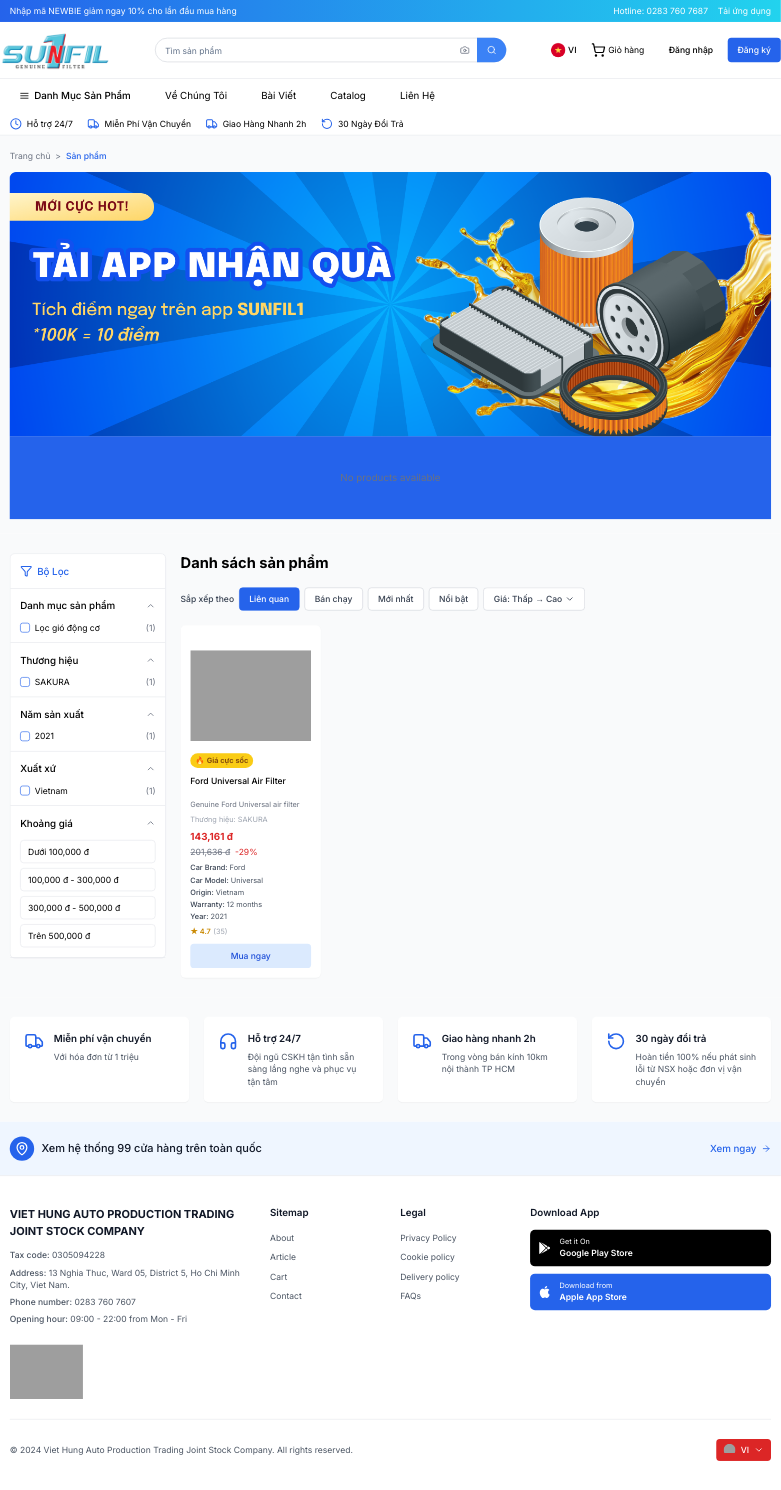
Repository: truonggiang2512/FristRound_Test
Page: /
The author's editor kept a copy of each file at every save. The page is drawn from the files as they stood at one save, then again after the next save.
The browser window is 1280 px wide. The pictures show the whole page, at 61% of full size.
Pictures or frames that could not be fetched are drawn as grey boxes. The page's requests for data from a server got no answer. The project was rebuilt for these pictures with package versions that can differ from the ones it lists, and the page was loaded fresh each time. Some packages were replaced by stand-ins written for this rebuild. The framework's server and built-in components were replaced by stand-ins that run in the browser. No one was signed in, and anything a server would have sent is missing. Also part of the build but not shown: next.config.mjs, components/category-sidebar.tsx, components/category-grid.tsx, components/best-selling-section.tsx, components/mega-menu.tsx, components/cart-item.tsx, components/cart-dropdown.tsx, components/ui/label.tsx and 4 more.

Above is the page before, as saved 2025-05-25 12:52:03.

### app/layout.tsx
import type React from "react"
import "@/app/globals.css"
import { Inter } from "next/font/google"
import { ThemeProvider } from "@/components/theme-provider"
import { Providers } from "@/lib/redux/providers"
import { AuthProvider } from "@/lib/contexts/auth-context"
import { QueryProvider } from "@/lib/providers/query-provider"

const inter = Inter({ subsets: ["latin"] })

export const metadata = {
  title: "SUNFIL - Genuine Filter",
  description: "Quality filters for all your needs",
}

export default function RootLayout({
  children,
}: {
  children: React.ReactNode
}) {
  return (
    <html lang="en" suppressHydrationWarning>
      <body className={inter.className}>
        <ThemeProvider attribute="class" defaultTheme="light" enableSystem disableTransitionOnChange>
          <QueryProvider>
            <Providers>
              <AuthProvider>{children}</AuthProvider>
            </Providers>
          </QueryProvider>
        </ThemeProvider>
      </body>
    </html>
  )
}

### app/page.tsx
import { SiteHeader } from "@/components/site-header"
import { ProductSection } from "@/components/product-section"
import { ServiceFeatures } from "@/components/service-features"
import { StoreLocator } from "@/components/store-locator"
import { SiteFooter } from "@/components/site-footer"
import Link from "next/link"
import { Button } from "@/components/ui/button"
import ProductsPage from "@/components/product-page"

export default function Home() {
  return (
    <main className="min-h-screen">
      <SiteHeader />
      <ProductSection />
      <ProductsPage />
      <ServiceFeatures />
      <StoreLocator />
      <SiteFooter />
    </main>
  )
}

### lib/redux/providers.tsx
"use client"

import type React from "react"

import { Provider } from "react-redux"
import { PersistGate } from "redux-persist/integration/react"
import { store, persistor } from "@/lib/redux/store"

export function Providers({ children }: { children: React.ReactNode }) {
  return (
    <Provider store={store}>
      <PersistGate loading={null} persistor={persistor}>
        {children}
      </PersistGate>
    </Provider>
  )
}

### lib/providers/query-provider.tsx
"use client"

import type React from "react"

import { QueryClient, QueryClientProvider } from "@tanstack/react-query"
import { ReactQueryDevtools } from "@tanstack/react-query-devtools"
import { useState } from "react"

export function QueryProvider({ children }: { children: React.ReactNode }) {
  const [queryClient] = useState(
    () =>
      new QueryClient({
        defaultOptions: {
          queries: {
            staleTime: 5 * 60 * 1000, // Data stays fresh for 5 minutes
            retry: 2, // Retry failed requests 2 times
          },
        },
      }),
  )

  return (
    <QueryClientProvider client={queryClient}>
      {children}
      <ReactQueryDevtools initialIsOpen={false} />
    </QueryClientProvider>
  )
}

### components/product-page.tsx
import { SiteHeader } from "@/components/site-header"
import { ProductListing } from "@/components/product-listing"
import { ServiceFeatures } from "@/components/service-features"
import { StoreLocator } from "@/components/store-locator"
import { SiteFooter } from "@/components/site-footer"

export default function ProductsPage() {
  return (
    <main className="min-h-screen bg-gray-50">
      <ProductListing />
    </main>
  )
}

### components/ui/input.tsx
import * as React from "react"

import { cn } from "@/lib/utils"

const Input = React.forwardRef<HTMLInputElement, React.ComponentProps<"input">>(
  ({ className, type, ...props }, ref) => {
    return (
      <input
        type={type}
        className={cn(
          "flex h-10 w-full rounded-md border border-input bg-background px-3 py-2 text-base ring-offset-background file:border-0 file:bg-transparent file:text-sm file:font-medium file:text-foreground placeholder:text-muted-foreground focus-visible:outline-none focus-visible:ring-2 focus-visible:ring-ring focus-visible:ring-offset-2 disabled:cursor-not-allowed disabled:opacity-50 md:text-sm",
          className
        )}
        ref={ref}
        {...props}
      />
    )
  }
)
Input.displayName = "Input"

export { Input }

### lib/redux/hooks.ts
import { useDispatch, useSelector } from "react-redux"
import type { TypedUseSelectorHook } from "react-redux"
import type { RootState, AppDispatch } from "@/lib/redux/store"

// Use throughout your app instead of plain `useDispatch` and `useSelector`
export const useAppDispatch: () => AppDispatch = useDispatch
export const useAppSelector: TypedUseSelectorHook<RootState> = useSelector

### components/product-listing.tsx
"use client"
import { CategoryTabs } from "@/components/category-tabs"
import { SortOptions } from "@/components/sort-options"
import { FilterSidebar } from "@/components/filter-sidebar"
import { ProductGrid } from "./product-grid"
import { useState, useMemo } from "react"

// Sample data
const categories = [
  { id: "all", name: "Tất cả" },
  { id: "air-filter", name: "Lọc gió động cơ" },
  { id: "fuel-filter", name: "Lọc nhiên liệu" },
  { id: "oil-filter", name: "Lọc dầu" },
  { id: "cabin-filter", name: "Lọc gió điều hòa" },
]

const sortOptions = [
  { id: "relevant", name: "Liên quan" },
  { id: "bestseller", name: "Bán chạy" },
  { id: "newest", name: "Mới nhất" },
  { id: "popular", name: "Nổi bật" },
]

const filterGroups = [
  {
    id: "categories",
    title: "Danh mục sản phẩm",
    options: [
      { id: "air-filter", label: "Lọc gió động cơ - Air Filter", count: 24, checked: true },
      { id: "fuel-filter", label: "Lọc nhiên liệu - Fuel Filter", count: 24, checked: true },
      { id: "oil-filter", label: "Bộ lọc dầu", count: 24, checked: true },
      { id: "uncategorized", label: "Chưa phân loại", count: 24 },
      { id: "other", label: "Khác", count: 24 },
    ],
  },
  {
    id: "brands",
    title: "Thương hiệu",
    options: [
      { id: "asakashi", label: "Asakashi", count: 24 },
      { id: "bosch", label: "Bosch", count: 24 },
      { id: "hyundai", label: "Hyundai", count: 24 },
    ],
  },
  {
    id: "year",
    title: "Năm sản xuất",
    options: [
      { id: "2021", label: "2021", count: 24 },
      { id: "2020", label: "2020", count: 24 },
      { id: "2019", label: "2019", count: 24 },
      { id: "2018", label: "2018", count: 24 },
    ],
  },
  {
    id: "origin",
    title: "Xuất xứ",
    options: [
      { id: "germany", label: "Đức", count: 24 },
      { id: "japan", label: "Nhật Bản", count: 24 },
      { id: "Việt Nam", label: "Việt Nam", count: 24 },
    ],
  },
]

const priceRanges = [
  { id: "under-100k", label: "Dưới 100,000 đ", max: 100000 },
  { id: "100k-300k", label: "100,000 đ - 300,000 đ", min: 100000, max: 300000 },
  { id: "300k-500k", label: "300,000 đ - 500,000 đ", min: 300000, max: 500000 },
  { id: "over-500k", label: "Trên 500,000 đ", min: 500000 },
]

// Helper to map DB product to ProductCard/ProductGrid props
function mapProductFromDB(dbProduct: any) {
  return {
    _id: dbProduct._id,
    name: dbProduct.name,
    images: dbProduct.images,
    price: dbProduct.price,
    comparePrice: dbProduct.comparePrice,
    shortDescription: dbProduct.shortDescription,
    attributes: dbProduct.attributes,
    ratings: dbProduct.ratings,
    brand: dbProduct.brand,
    badge: dbProduct.isFeatured ? "Nổi bật" : undefined,
    categoryId: dbProduct.categoryId,
    tags: dbProduct.tags,
    origin: dbProduct.attributes?.find((a: any) => a.name === "Origin")?.value,
    year: dbProduct.attributes?.find((a: any) => a.name === "Year")?.value,
  }
}

// Sample DB product data
const productsFromDB = [
  {
    _id: "68328e9e6b7490884dc9afb2",
    name: "Ford Universal Air Filter",
    slug: "ford-universal-air-filter-0",
    description: "Genuine Ford Universal air filter, high quality to protect engine optimally",
    shortDescription: "Genuine Ford Universal air filter",
    sku: "AIR-FILTER-FOR-001",
    price: 143161,
    comparePrice: 201636,
    stock: 62,
    images: ["/placeholder.svg?height=400&width=400"],
    categoryId: "air-filter",
    brand: "SAKURA",
    weight: 1.5172273155247904,
    dimensions: {
      length: 29.448051213888128,
      width: 11.730423988688505,
      height: 19.706525347700357,
      unit: "cm"
    },
    attributes: [
      { name: "Car Brand", value: "Ford" },
      { name: "Car Model", value: "Universal" },
      { name: "Origin", value: "Vietnam" },
      { name: "Warranty", value: "12 months" },
      { name: "Year", value: "2021" },
    ],
    isActive: true,
    isFeatured: false,
    tags: ["ford", "universal", "air-filter", "genuine"],
    ratings: { average: 4.73, count: 35 },
    createdAt: "2025-05-25T03:29:34.371Z",
    updatedAt: "2025-05-25T03:29:34.371Z"
  },
  // ... more products
]

export function ProductListing() {
  // Filter state
  const [activeFilters, setActiveFilters] = useState<{ [groupId: string]: Set<string> }>({})
  const [activePriceRange, setActivePriceRange] = useState<string | null>(null)

  const products = productsFromDB.map(mapProductFromDB)

  // Helper: categoryId to name
  const categoryMap = useMemo(() => {
    const map = new Map();
    categories.forEach((cat) => {
      map.set(cat.id, cat.name);
    });
    return map;
  }, []);

  // 1. Generate filter options dynamically from products
  const categoryOptions = useMemo(() => {
    const map = new Map();
    products.forEach((p) => {
      if (p.categoryId) {
        map.set(p.categoryId, (map.get(p.categoryId) || 0) + 1);
      }
    });
    return Array.from(map.entries()).map(([id, count]) => ({
      id,
      label: categoryMap.get(id) || id,
      count,
    }));
  }, [products, categoryMap]);

  const brandOptions = useMemo(() => {
    const map = new Map();
    products.forEach((p) => {
      if (p.brand) {
        map.set(p.brand, (map.get(p.brand) || 0) + 1);
      }
    });
    return Array.from(map.entries()).map(([id, count]) => ({
      id: id.toLowerCase(),
      label: id,
      count,
    }));
  }, [products]);

  const yearOptions = useMemo(() => {
    const map = new Map();
    products.forEach((p) => {
      if (p.year) {
        map.set(p.year, (map.get(p.year) || 0) + 1);
      }
    });
    return Array.from(map.entries()).map(([id, count]) => ({
      id,
      label: id,
      count,
    }));
  }, [products]);

  const originOptions = useMemo(() => {
    const map = new Map();
    products.forEach((p) => {
      if (p.origin) {
        map.set(p.origin.toLowerCase(), (map.get(p.origin.toLowerCase()) || 0) + 1);
      }
    });
    return Array.from(map.entries()).map(([id, count]) => ({
      id,
      label: id.charAt(0).toUpperCase() + id.slice(1),
      count,
    }));
  }, [products]);

  // 2. Build filterGroups for the sidebar
  const filterGroups = [
    { id: "categories", title: "Danh mục sản phẩm", options: categoryOptions },
    { id: "brands", title: "Thương hiệu", options: brandOptions },
    { id: "year", title: "Năm sản xuất", options: yearOptions },
    { id: "origin", title: "Xuất xứ", options: originOptions },
  ];

  // Filtering logic
  const filteredProducts = products.filter((product) => {
    // Category, brand, year, origin, tags, etc.
    for (const group of filterGroups) {
      const active = activeFilters[group.id]
      if (active && active.size > 0) {
        if (group.id === "categories" && !active.has(product.categoryId)) return false
        if (group.id === "brands" && product.brand && !active.has(product.brand.toLowerCase())) return false
        if (group.id === "year" && product.year && !active.has(product.year)) return false
        if (group.id === "origin" && product.origin && !active.has(product.origin.toLowerCase())) return false
      }
    }
    // Price range
    if (activePriceRange) {
      const range = priceRanges.find((r) => r.id === activePriceRange)
      if (range) {
        if (typeof range.min === "number" && product.price < range.min) return false
        if (typeof range.max === "number" && product.price > range.max) return false
      }
    }
    return true
  })

  // Handlers
  const handleFilterChange = (groupId: string, optionId: string, checked: boolean) => {
    setActiveFilters((prev) => {
      const set = new Set(prev[groupId] || [])
      if (checked) set.add(optionId)
      else set.delete(optionId)
      return { ...prev, [groupId]: set }
    })
  }
  const handlePriceRangeChange = (rangeId: string) => {
    setActivePriceRange(rangeId)
  }
  const handleClearFilters = () => {
    setActiveFilters({})
    setActivePriceRange(null)
  }

  // Active filter chips
  const activeChips: { label: string; onRemove: () => void }[] = []
  filterGroups.forEach((group) => {
    const active = activeFilters[group.id]
    if (active && active.size > 0) {
      group.options.forEach((option) => {
        if (active.has(option.id)) {
          activeChips.push({
            label: option.label,
            onRemove: () => handleFilterChange(group.id, option.id, false),
          })
        }
      })
    }
  })
  if (activePriceRange) {
    const range = priceRanges.find((r) => r.id === activePriceRange)
    if (range) {
      activeChips.push({
        label: range.label,
        onRemove: () => setActivePriceRange(null),
      })
    }
  }

  return (
    <div className="container mx-auto px-4 py-8">
      <div className="flex flex-col lg:flex-row gap-6">
        {/* Filter sidebar */}
        <div className="w-full lg:w-64 flex-shrink-0 lg:sticky lg:top-24 h-fit">
          <FilterSidebar
            filterGroups={filterGroups}
            priceRanges={priceRanges}
            onFilterChange={handleFilterChange}
            onPriceRangeChange={handlePriceRangeChange}
          />
          {(activeChips.length > 0) && (
            <div className="flex flex-wrap gap-2 mt-4">
              {activeChips.map((chip, idx) => (
                <span key={idx} className="bg-blue-100 text-blue-700 px-3 py-1 rounded-full text-xs flex items-center gap-1">
                  {chip.label}
                  <button onClick={chip.onRemove} className="ml-1 text-blue-500 hover:text-red-500">×</button>
                </span>
              ))}
              <button onClick={handleClearFilters} className="ml-2 text-xs text-gray-500 underline hover:text-blue-600">Xóa tất cả</button>
            </div>
          )}
        </div>
        {/* Product listing */}
        <div className="flex-1">
          <div className="flex ">
            <h1 className="text-2xl font-bold mb-6">Danh sách sản phẩm</h1>
          </div>
          {/* Sort options */}
          <div className="mb-6">
            <SortOptions options={sortOptions} defaultOption="relevant" />
          </div>
          {/* Product grid */}
          <ProductGrid products={filteredProducts} />
        </div>
      </div>
    </div>
  )
}

### components/product-grid.tsx
import { ProductCard } from "./product-card"

interface Product {
  _id: string
  name: string
  images: string[]
  price: number
  comparePrice?: number
  shortDescription?: string
  attributes?: { name: string; value: string }[]
  ratings?: { average: number; count: number }
  brand?: string
  badge?: string
}

interface ProductGridProps {
  products: Product[]
}

export function ProductGrid({ products }: ProductGridProps) {
  return (
    <div className="grid grid-cols-1 sm:grid-cols-2 lg:grid-cols-3 xl:grid-cols-4 gap-4">
      {products.map((product) => (
        <ProductCard key={product._id} {...product} />
      ))}
    </div>
  )
}

Loaded but not shown: components/theme-provider.tsx (common file); lib/utils.ts (common file); tailwind.config.ts (common file); components/site-header.tsx (262 lines, source omitted); components/filter-sidebar.tsx (143 lines, source omitted); components/auth/user-menu.tsx (117 lines, source omitted); lib/contexts/auth-context.tsx (140 lines, source omitted); components/product-card.tsx (110 lines, source omitted); components/product-carousel.tsx (117 lines, source omitted); lib/hooks/use-products.ts (108 lines, source omitted); components/sort-options.tsx (79 lines, source omitted); lib/redux/slices/cartSlice.ts (77 lines, source omitted); components/app-download.tsx (37 lines, source omitted); components/language-selector.tsx (56 lines, source omitted); components/ui/button.tsx (56 lines, source omitted); app/globals.css (76 lines, source omitted); components/service-features.tsx (53 lines, source omitted); components/site-footer.tsx (40 lines, source omitted); components/footer-links.tsx (51 lines, source omitted); lib/utils/logger.ts (54 lines, source omitted); components/ui/checkbox.tsx (30 lines, source omitted); components/company-info.tsx (34 lines, source omitted); components/product-section.tsx (31 lines, source omitted); components/back-to-top.tsx (43 lines, source omitted); lib/redux/store.ts (30 lines, source omitted); components/store-locator.tsx (23 lines, source omitted); lib/api/client.ts (33 lines, source omitted)

After the next save:
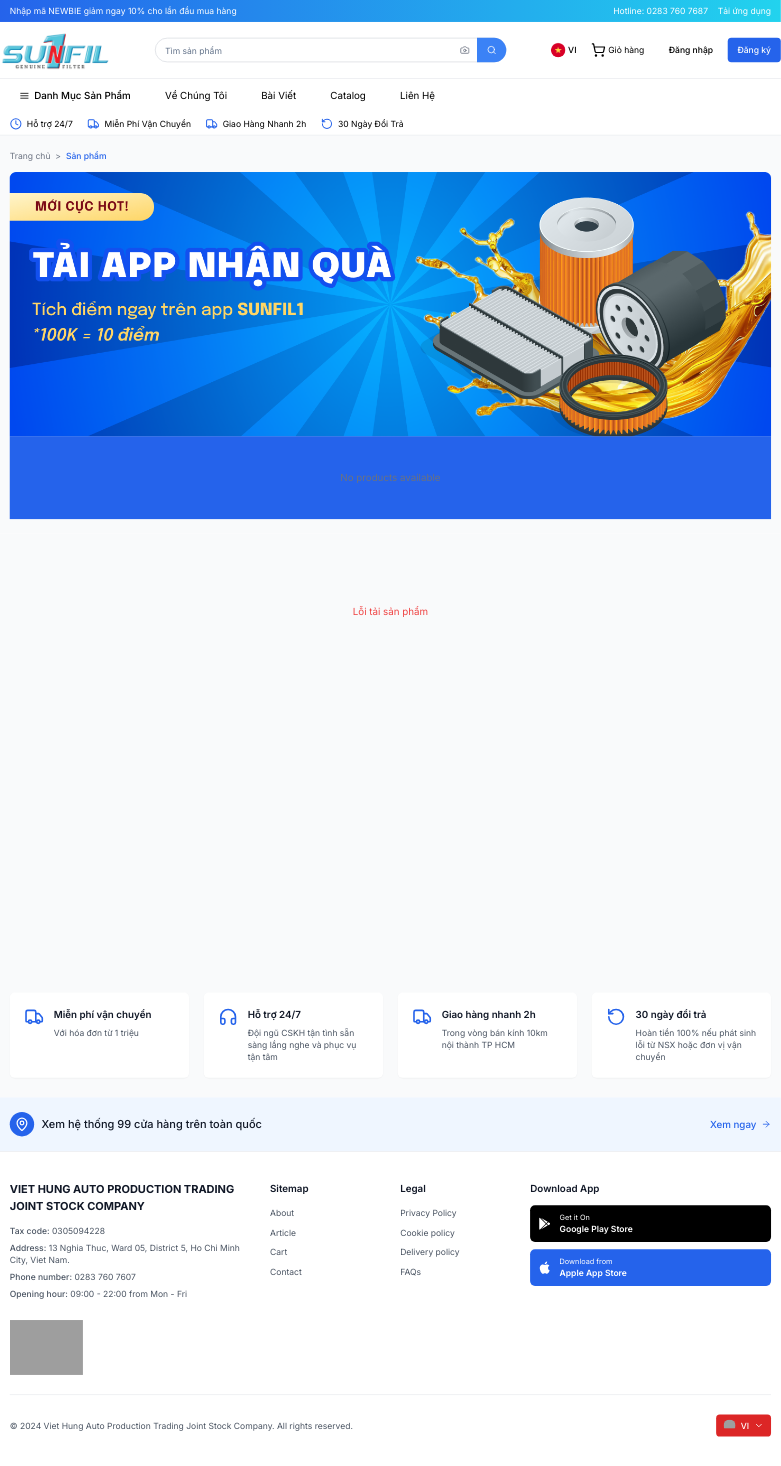
Saved 4 min 20 s later.
--- a/components/product-listing.tsx
+++ b/components/product-listing.tsx
@@ -4,6 +4,7 @@
 import { FilterSidebar } from "@/components/filter-sidebar"
 import { ProductGrid } from "./product-grid"
 import { useState, useMemo } from "react"
+import { useProducts } from "@/lib/hooks/use-products"
 
 // Sample data
 const categories = [
@@ -134,7 +135,9 @@
   const [activeFilters, setActiveFilters] = useState<{ [groupId: string]: Set<string> }>({})
   const [activePriceRange, setActivePriceRange] = useState<string | null>(null)
 
-  const products = productsFromDB.map(mapProductFromDB)
+  // Fetch all products from backend
+  const { data, isLoading, error } = useProducts()
+  const products = useMemo(() => (data?.data || []).map(mapProductFromDB), [data])
 
   // Helper: categoryId to name
   const categoryMap = useMemo(() => {
@@ -145,7 +148,7 @@
     return map;
   }, []);
 
-  // 1. Generate filter options dynamically from products
+  // Generate filter options dynamically from products
   const categoryOptions = useMemo(() => {
     const map = new Map();
     products.forEach((p) => {
@@ -174,55 +177,58 @@
     }));
   }, [products]);
 
-  const yearOptions = useMemo(() => {
+  // Attribute-based filter options
+  function getAttributeOptions(attrName: string) {
     const map = new Map();
     products.forEach((p) => {
-      if (p.year) {
-        map.set(p.year, (map.get(p.year) || 0) + 1);
-      }
+      p.attributes?.forEach((attr: any) => {
+        if (attr.name === attrName) {
+          map.set(attr.value, (map.get(attr.value) || 0) + 1);
+        }
+      });
     });
     return Array.from(map.entries()).map(([id, count]) => ({
       id,
       label: id,
       count,
     }));
-  }, [products]);
-
-  const originOptions = useMemo(() => {
-    const map = new Map();
-    products.forEach((p) => {
-      if (p.origin) {
-        map.set(p.origin.toLowerCase(), (map.get(p.origin.toLowerCase()) || 0) + 1);
-      }
-    });
-    return Array.from(map.entries()).map(([id, count]) => ({
-      id,
-      label: id.charAt(0).toUpperCase() + id.slice(1),
-      count,
-    }));
-  }, [products]);
-
-  // 2. Build filterGroups for the sidebar
+  }
+  const carBrandOptions = useMemo(() => getAttributeOptions("Car Brand"), [products]);
+  const modelOptions = useMemo(() => getAttributeOptions("Car Model"), [products]);
+  const yearOptions = useMemo(() => getAttributeOptions("Year"), [products]);
+  const originOptions = useMemo(() => getAttributeOptions("Origin"), [products]);
+  const warrantyOptions = useMemo(() => getAttributeOptions("Warranty"), [products]);
+
+  // Price range min/max
+  const minPrice = useMemo(() => Math.min(...products.map((p) => p.price)), [products])
+  const maxPrice = useMemo(() => Math.max(...products.map((p) => p.price)), [products])
+
+  // Build filterGroups for the sidebar
   const filterGroups = [
     { id: "categories", title: "Danh mục sản phẩm", options: categoryOptions },
     { id: "brands", title: "Thương hiệu", options: brandOptions },
+    { id: "carBrand", title: "Hãng xe", options: carBrandOptions },
+    { id: "model", title: "Model", options: modelOptions },
     { id: "year", title: "Năm sản xuất", options: yearOptions },
     { id: "origin", title: "Xuất xứ", options: originOptions },
+    { id: "warranty", title: "Bảo hành", options: warrantyOptions },
   ];
 
   // Filtering logic
-  const filteredProducts = products.filter((product) => {
-    // Category, brand, year, origin, tags, etc.
+  const filteredProducts = useMemo(() => products.filter((product) => {
     for (const group of filterGroups) {
       const active = activeFilters[group.id]
       if (active && active.size > 0) {
         if (group.id === "categories" && !active.has(product.categoryId)) return false
         if (group.id === "brands" && product.brand && !active.has(product.brand.toLowerCase())) return false
+        if (group.id === "carBrand" && product.attributes?.find((a: any) => a.name === "Car Brand") && !active.has(product.attributes.find((a: any) => a.name === "Car Brand")?.value)) return false
+        if (group.id === "model" && product.attributes?.find((a: any) => a.name === "Car Model") && !active.has(product.attributes.find((a: any) => a.name === "Car Model")?.value)) return false
         if (group.id === "year" && product.year && !active.has(product.year)) return false
-        if (group.id === "origin" && product.origin && !active.has(product.origin.toLowerCase())) return false
+        if (group.id === "origin" && product.origin && !active.has(product.origin)) return false
+        if (group.id === "warranty" && product.attributes?.find((a: any) => a.name === "Warranty") && !active.has(product.attributes.find((a: any) => a.name === "Warranty")?.value)) return false
       }
     }
-    // Price range
+    // Price range (if you want to add a slider, implement here)
     if (activePriceRange) {
       const range = priceRanges.find((r) => r.id === activePriceRange)
       if (range) {
@@ -231,7 +237,7 @@
       }
     }
     return true
-  })
+  }), [products, filterGroups, activeFilters, activePriceRange])
 
   // Handlers
   const handleFilterChange = (groupId: string, optionId: string, checked: boolean) => {
@@ -275,6 +281,14 @@
     }
   }
 
+  // Loading and error states
+  if (isLoading) {
+    return <div className="flex justify-center items-center h-64 text-gray-500">Đang tải sản phẩm...</div>
+  }
+  if (error) {
+    return <div className="flex justify-center items-center h-64 text-red-500">Lỗi tải sản phẩm</div>
+  }
+
   return (
     <div className="container mx-auto px-4 py-8">
       <div className="flex flex-col lg:flex-row gap-6">
@@ -282,7 +296,7 @@
         <div className="w-full lg:w-64 flex-shrink-0 lg:sticky lg:top-24 h-fit">
           <FilterSidebar
             filterGroups={filterGroups}
-            priceRanges={priceRanges}
+            priceRanges={[]}
             onFilterChange={handleFilterChange}
             onPriceRangeChange={handlePriceRangeChange}
           />
